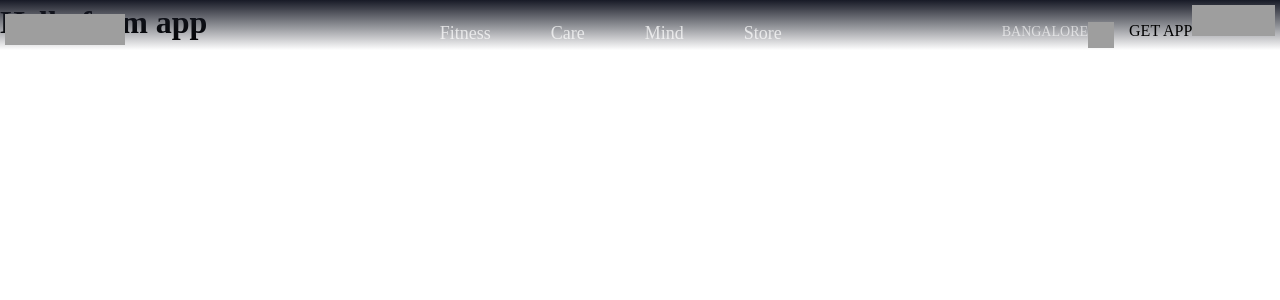
Repository: 1sanjeetsharma/cult-fit-clone
Page: /
The author's editor kept a copy of each file at every save. The page is drawn from the files as they stood at one save, then again after the next save.
The browser window is 1280 px wide. The pictures show the whole page.
Pictures or frames that could not be fetched are drawn as grey boxes. Some web fonts or font styles are not loaded; a fallback is used. The project was rebuilt for these pictures with package versions that can differ from the ones it lists, and the page was loaded fresh each time. Also part of the build but not shown: vite.config.js, src/components/body/footer/Footer.jsx.

Above is the page before, as saved 2023-07-31 16:06:44.

### src/App.jsx
import LandingPage from "./components/landingPage/LandingPage";
function App() {
  return (
    <>
      <h1>Hello from app</h1>
      <LandingPage />
    </>
  );
}

export default App;

### src/components/landingPage/LandingPage.jsx
import Body from "../body/body";
// import Header from "../body/header/Header";
const LandingPage = () => {
	return (
		<>
			<Body></Body>
		</>
	);
};
export default LandingPage;

### src/components/body/body.jsx
import Header from "./header/Header";
import Footer from "./footer/Footer";
import "./body.css";
const Body = () => {
	console.log("hello from body");
	return (
		<>
			<Header />

			{/* <Footer /> */}
		</>
	);
};
export default Body;

### src/components/body/header/Header.jsx
import Navbar from "../Navbar/Navbar";
const Header = () => {
	return (
		<>
			<Navbar />
		</>
	);
};
export default Header;

### src/components/body/body.css
/*
//not working these font  */
@font-face {
	font-family: inter-bold;
	src: url("https://fonts.googleapis.com/css2?family=Inter:wght@700&display=swap");
}
@font-face {
	font-family: helvetica-neue;
	src: url("https://fonts.cdnfonts.com/css/helvetica-neue-5");
}
body {
	font-family: inter-bold, helvetica-neue;
}

### src/components/body/Navbar/Navbar.jsx
import "./navbar.css";
const Navbar = () => {
	return (
		<>
			<div className="Nav-container">
				<nav>
					<a href="javascript:viod(0)">
						<img
							className="logo"
							height={"31px"}
							width={"120px"}
							src="https://cdn-images.cure.fit/www-curefit-com/image/upload/c_fill,w_120,q_auto:eco,dpr_2,f_auto,fl_progressive//image/test/brand-logo/vman-and-white-cult-text.png"
							alt="logo"
						/>
					</a>
					<div className="tabs">
						<a href="javascript:void(0)">Fitness</a>
						<a href="javascript:void(0)">Care</a>
						<a href="javascript:void(0)">Mind</a>
						<a href="javascript:void(0)">Store</a>
					</div>
					<div className="btns">
						<div className="location">
							<div className="loc-text">BANGALORE</div>
							<div className="loc-img" width="26px" height="26px">
								<img
									src="https://cdn-images.cure.fit/www-curefit-com/image/upload/c_fill,w_26,q_auto:eco,dpr_2,f_auto,fl_progressive/image/test/header/location.png"
									width={"26px"}
									height={"26px"}
									loading="lazy"
									alt="location"
								/>
							</div>
						</div>
						<button className="get-app">GET APP</button>

						<button className="avatar">
							<img
								className="btn-img"
								src="https://cdn-images.cure.fit/www-curefit-com/image/upload/c_fill,w_26,q_auto:eco,dpr_2,f_auto,fl_progressive/image/test/header/Profile.png"
								alt="profile picture"
							/>
						</button>
						<button className="cart">
							<img
								className="btn-img"
								src="https://cdn-images.cure.fit/www-curefit-com/image/upload/c_fill,q_auto:eco,dpr_2,f_auto,fl_progressive//image/test/cart-dark-theme.svg"
								alt="cart"
							/>
						</button>
					</div>
				</nav>
			</div>
		</>
	);
};
export default Navbar;

### src/components/body/Navbar/navbar.css
* {
	margin: 0px;
	padding: 0px;
	box-sizing: border-box;
	line-height: 1.42;
}
a {
	text-decoration: none;
	cursor: pointer;
}
.Nav-container {
	position: fixed;
	/* display: flexbox; */
	top: 0px;
	/* height: 60px; */
	width: 100%;

	/* align-content: center; */
	/* text-align: center; */
	/* background-color: #00000077; */
	box-sizing: border-box;
	/* z-index: 2; */
}

.logo,
.btn-img {
	height: 31px;
}
nav {
	display: flex;
	height: 50px;
	padding: 5px;
	flex-flow: row wrap;
	align-items: center;
	justify-content: space-between;
	background-image: linear-gradient(
		to bottom,
		#171a26,
		rgba(23, 26, 38, 0.0001)
	);
}
.tabs {
	/* color: #fff; */
	display: flex;
	flex-direction: row;
	justify-content: spae-between;
	margin-left: 110px;
}
.tabs > a {
	height: 100%;
	color: #fff;
	transition: all 150ms ease;
	opacity: 70%;
	padding: 0 30px;
	line-height: 22px;
	font-size: 18px;
}
.bnts {
	display: flex;
	flex-direction: row;
}
.location {
	display: inline-flex;
	flex-direction: row;
	background: transparent;
	/* outline: none; */
	/* box-shadow: none; */
	line-height: 22px;
	font-size: 14px;
	text-align: center;
	margin: auto;
	padding: 7px 15px;
	border-radius: 5px;
	transition: all 100ms ease;
	color: rgb(255 255 255/ 60%);
}
.location > img {
	vertical-align: middle;
}
button {
	all: unset;
	cursor: pointer;
	/* text-align: center; */
	margin: auto;
}

button:focus {
	outline: revert;
}

Loaded but not shown: index.html (common file); src/main.jsx (common file)

After the next save:
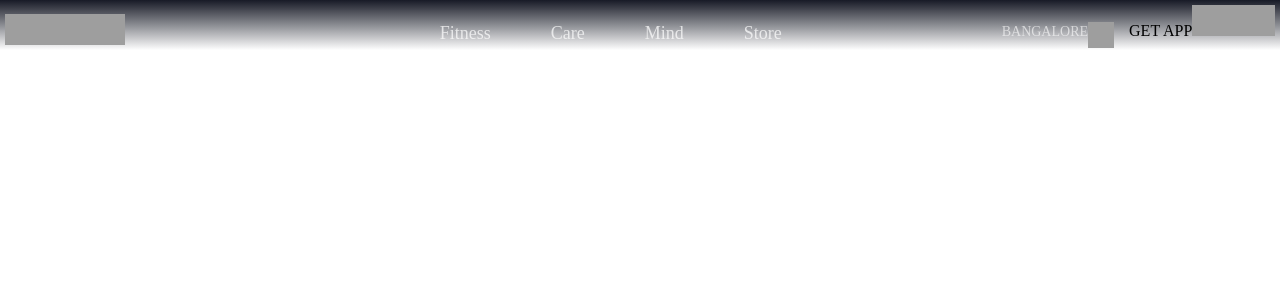
Saved 20 s later.
--- a/src/App.jsx
+++ b/src/App.jsx
@@ -1,11 +1,11 @@
 import LandingPage from "./components/landingPage/LandingPage";
 function App() {
-  return (
-    <>
-      <h1>Hello from app</h1>
-      <LandingPage />
-    </>
-  );
+	return (
+		<>
+			{/* <h1>Hello from app</h1> */}
+			<LandingPage />
+		</>
+	);
 }
 
 export default App;
